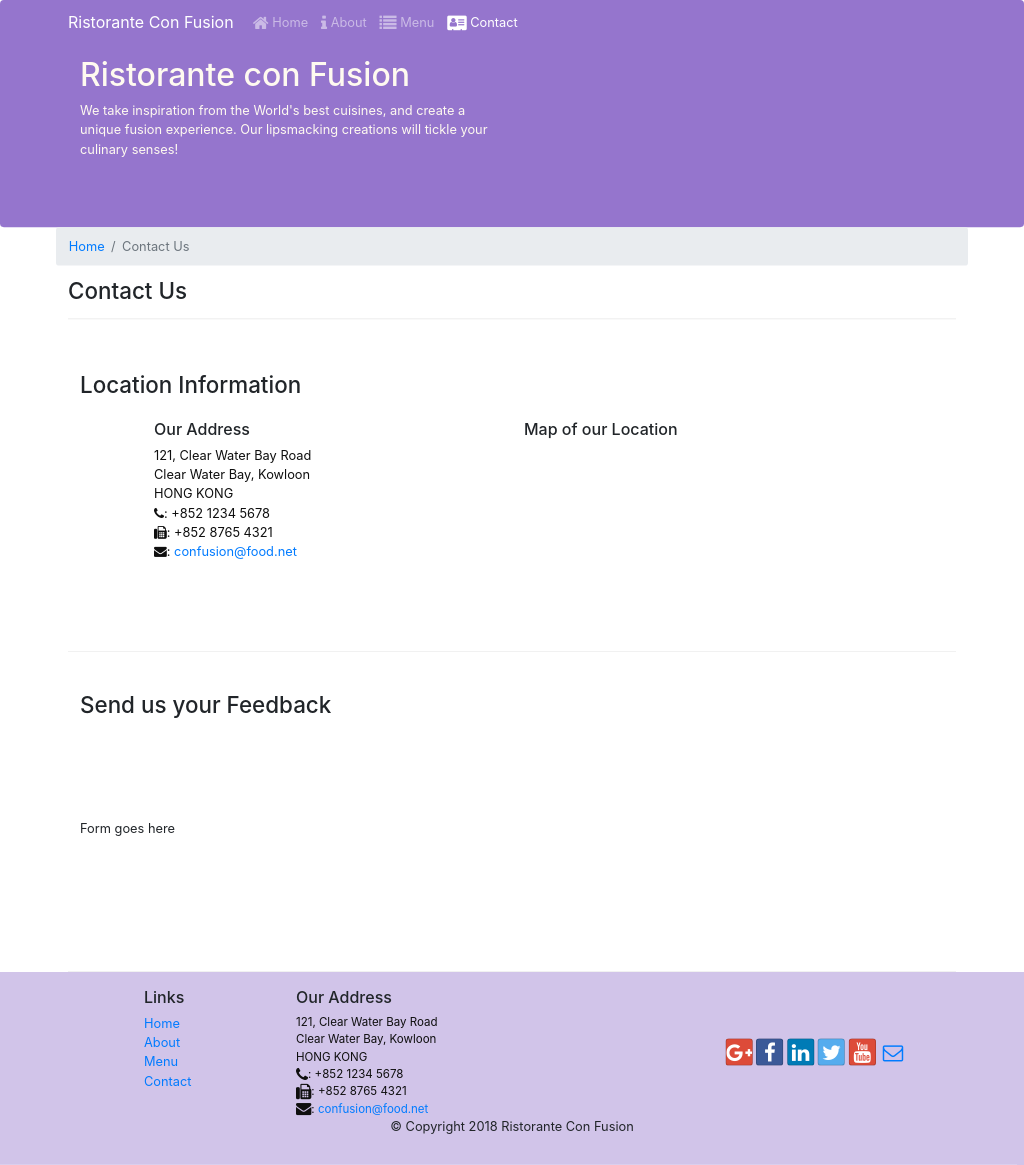
Repository: HwZau/conFusion
Page: contactus.html
These files come from the project's save history. The page is drawn as it stood at one moment and after a run of saves; the edit follows.
The browser window is 1280 px wide. The pictures show the whole page, at 80% of full size.

Above is the page before, as saved 2022-05-19 09:31:01.

After the next 2 saves:
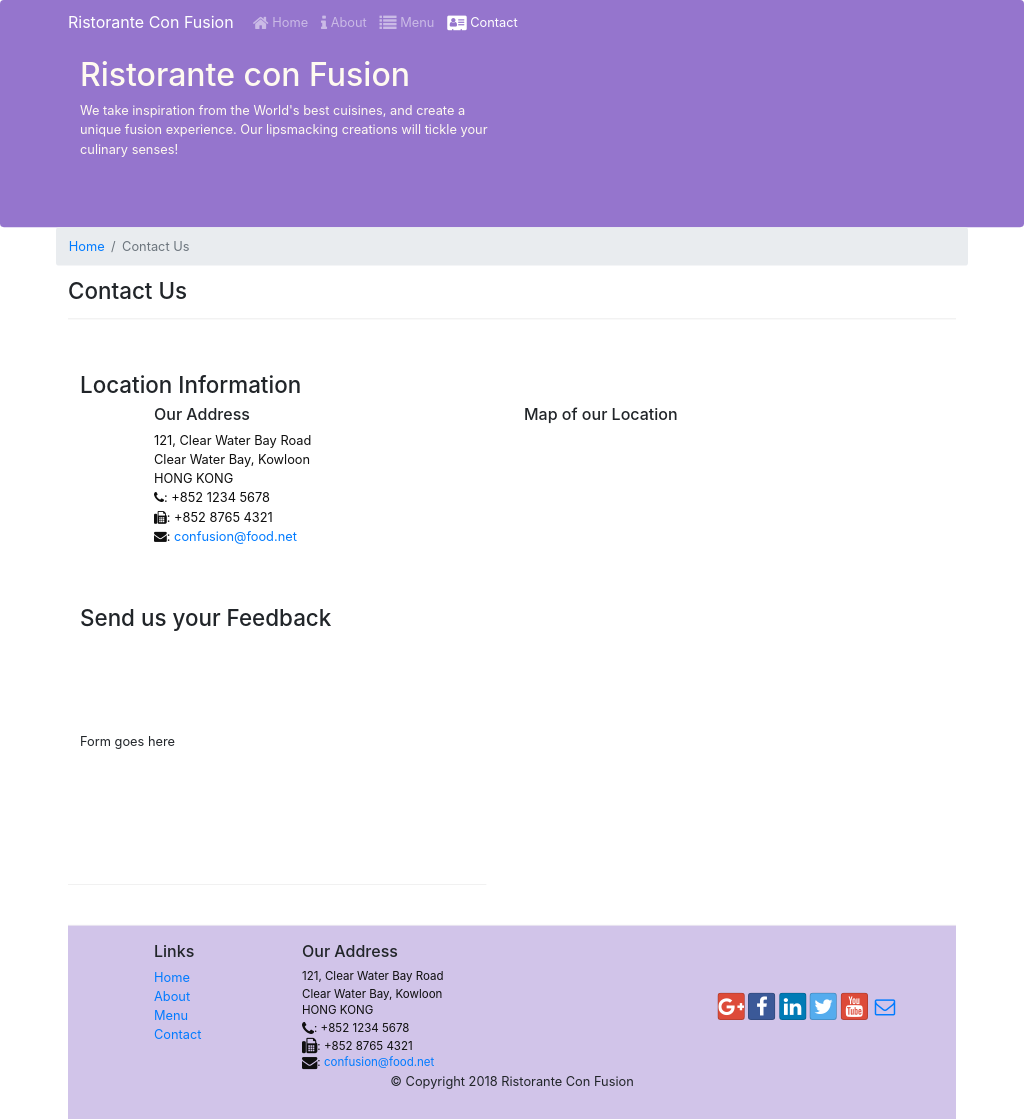
The 2 saves are shown as one change because they came seconds apart.
The last was saved 13 s later.
--- a/contactus.html
+++ b/contactus.html
@@ -113,8 +113,8 @@
           <h5>Map of our Location</h5>
         </div>
         <div class="col-12 col-sm-11 offset-sm-1">
-            <div class="btn-group">
-
+            <div class="btn-group" role="group">
+                <a
             </div>
         </div>
       </div>
